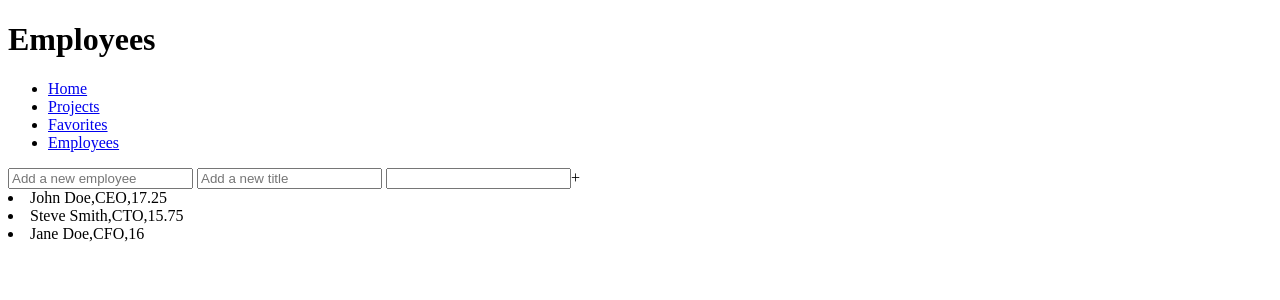
Repository: Kayla-amr/workApp
Page: client/employees.html
The author's editor kept a copy of each file at every save. The page is drawn from the files as they stood at one save, then again after a run of saves.
The browser window is 1280 px wide. The pictures show the whole page.

Above is the page before, as saved 2023-12-04 06:12:24.
Console error: ReferenceError: employee is not defined

### client/employees.html
<!DOCTYPE html>
<html lang="en">
<head>
    <meta charset="UTF-8">
    <meta name="viewport" content="width=device-width, initial-scale=1.0">
    <title>Work Management App : Employees</title>
</head>
<body>
    <div class="app">
        <h1>Employees</h1>

        <nav>
            <ul>
                <li><a href="./index.html">Home</a></li>
                <li><a href="./projects.html">Projects</a></li>
                <li><a href="./favorites.html">Favorites</a></li>
                <li><a href="./employees.html">Employees</a></li>
            </ul>
        </nav>
        <div class="input">
            <input class="userEName" type="text" placeholder="Add a new employee">
            <input class="userETitle" type="text" placeholder="Add a new title">
            <input class="userEPay"

            <button class="addInput">+</button>

        <div class="employee">


        </div>
</body>
<script src="./src/main.js"></script>
</html>

### client/src/main.js
let employees = [
    {
        id: 1,
        name: 'John Doe',
        title: 'CEO',
        pay: 17.25
    },
    {
        id: 2,
        name: 'Steve Smith',
        title: 'CTO',
        pay: 15.75
    },
    {
        id: 3,
        name: 'Jane Doe',
        title: 'CFO',
        pay: 16.00
    }
];

let equipment = [
    {
        id: 1,
        name: 'cement',
    },
    {
        id: 2,
        name: 'trailer',
    },
    {
        id: 3,
        name: 'truck',
    }
];

let projects = [
    {
        id: 1,
        name: 'Project 1',
        description: 'This is a project description',
        equipment: [ 'cement', 'trailer', 'truck' ],
        employees:['John Doe', 'Steve Smith'],
        cost: 1234.56
    },
    {
        id: 2,
        name: 'Project 2',
        description: 'This is a project description',
        equipment: [ 'cement', 'trailer', 'truck' ],
        employees:['Jane Doe', 'Steve Smith'],
        cost: 1234.56
    },
    {
        id: 3,
        name: 'Project 3',
        description: 'This is a project description',
        equipment: [ 'cement', 'trailer', 'truck' ],
        employees:['John Doe', 'Jane Doe'],
        cost: 1234.56
    }
];

let employeeList = document.querySelector('.employee');
let projectList = document.querySelector('.project');
let equipmentList = document.querySelector('.equipment');

function createEmployeeLi(employee) {
    let li = document.createElement('li');
    li.setAttribute('id', employee.id);
    li.innerText = [employee.name, employee.title, employee.pay]
    return li;
}


function addEmployee() {
    let userEInput = document.querySelector('.employee-input');

    employees.push(newEmployee);
    viewWork(employees);
}

function viewWork(employees) {
    employeeList.innerText = '';

    employees.forEach((employee) => {

        let li = createEmployeeLi(employee);
        employeeList.appendChild(li);
    });

    document.querySelector('.employee').innerHTML = employee;
}

viewWork(employees)

After the next 2 saves:
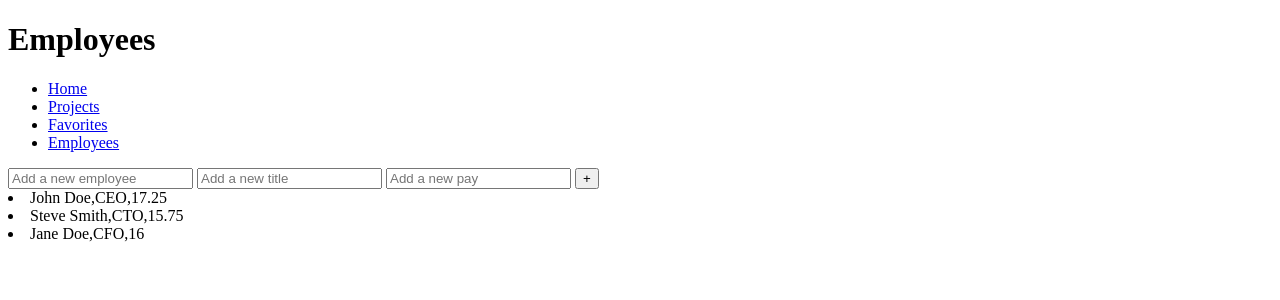
The 2 saves are shown as one change because they came seconds apart.
The last was saved 7 s later.
--- a/client/employees.html
+++ b/client/employees.html
@@ -20,7 +20,8 @@
         <div class="input">
             <input class="userEName" type="text" placeholder="Add a new employee">
             <input class="userETitle" type="text" placeholder="Add a new title">
-            <input class="userEPay"
+            <input class="userEPay" type="text" placeholder="Add a new pay">
+
 
             <button class="addInput">+</button>
 
